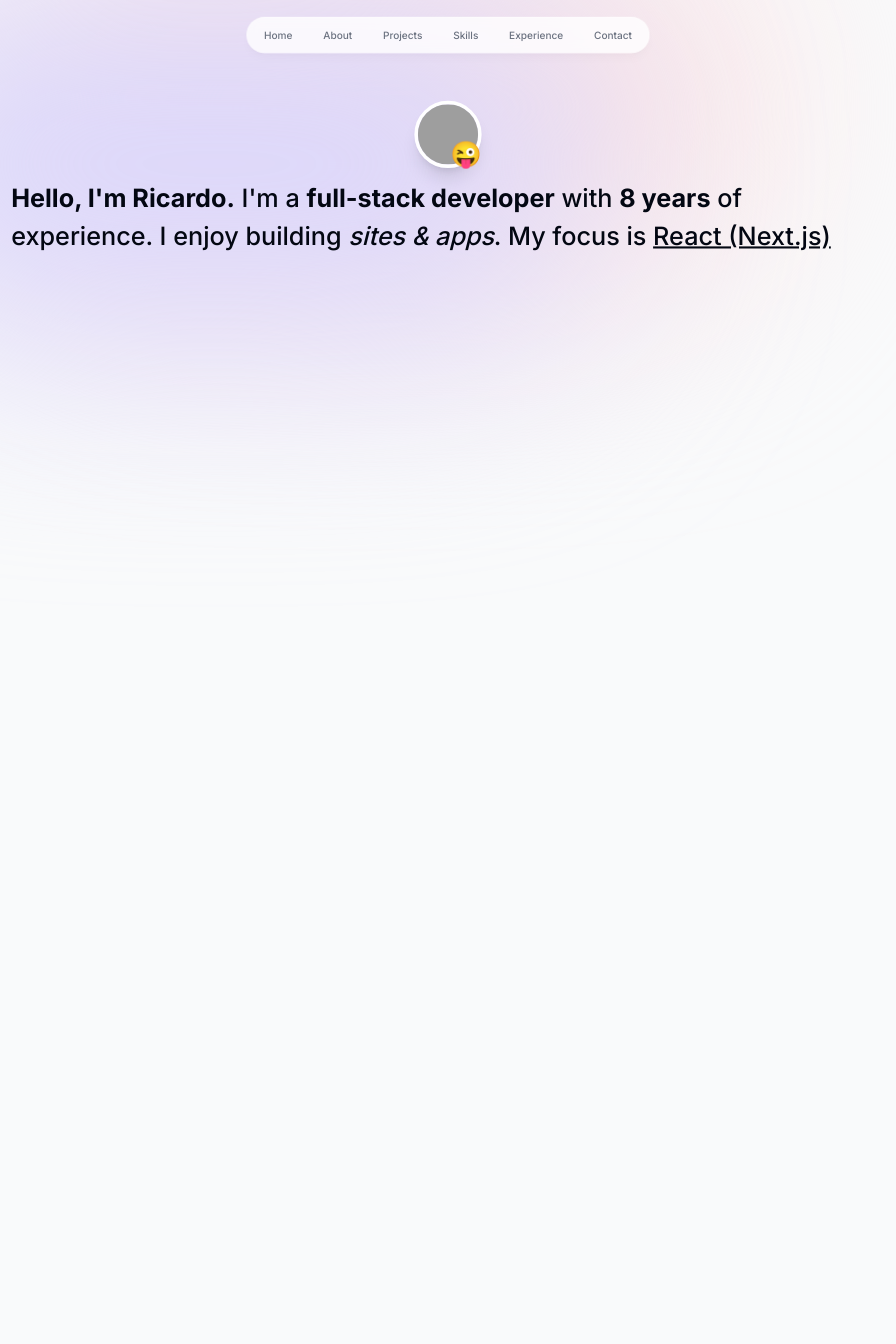
Repository: YUKIKAZE-nanoda/personal-protfolio
Page: /
These files come from the project's save history. The page is drawn as it stood at one moment and after a run of saves; the edit follows.
The browser window is 1280 px wide. The pictures show the part of the page from y = 0 to 1920 px (the page is 5000 px tall), at 70% of full size.
Pictures or frames that could not be fetched are drawn as grey boxes. The project was rebuilt for these pictures with package versions that can differ from the ones it lists, and the page was loaded fresh each time. The framework's server and built-in components were replaced by stand-ins that run in the browser. Also part of the build but not shown: next.config.js.

Above is the page before, as saved 2023-09-19 15:45:28.

### app/layout.tsx
import './globals.css'
import type { Metadata } from 'next'
import { Inter } from 'next/font/google'
import Header from '@/components/header'

const inter = Inter({ subsets: ['latin'] })

export const metadata: Metadata = {
  title: 'shigure|个人简历',
  description: '练习ts和nsxtjs',
}

export default function RootLayout({
  children,
}: {
  children: React.ReactNode
}) {
  return (
    <html lang="en">
      <body className={`${inter.className} bg-gray-50 text-gray-950 relative h-[5000px] pt-28 sm:pt-36`}>
        <div className="bg-[#fbe2e3] absolute top-[-6rem] -z-10 right-[11rem] h-[31.25rem] w-[31.25rem] rounded-full blur-[10rem] sm:w-[68.65rem]"></div>
        <div className="bg-[#dbd7fb] absolute top-[-1rem] -z-10 left-[-35rem] h-[31.25rem] w-[50rem] rounded-full blur-[10rem] sm:w-[68.65rem] md:left-[-33rem] lg:left-[-28rem] xl:left-[-15rem] 2xl:left-[-5rem]">

        </div>
        <Header/>

        {children}</body>
    </html>
  )
}

### app/page.tsx
import Intro from '@/components/intro'
import Image from 'next/image'

export default function Home() {
  return (
    <main className="">
      <Intro/>
    </main>
  )
}

### components/header.tsx
'use client'
import React from 'react'
import { motion } from "framer-motion"
import { links } from '@/lib/data'
import Link from 'next/link'
export default function Header() {
    return (
        <header className='z-[999] relative'>
            <motion.div className='fixed top-0 left-1/2  h-[4.5rem] w-full rounded-none
            border border-white border-opacity-40 bg-white  bg-opacity-80 shadow-lg
             shadow-black/[0.03] backdrop-blur-[0.5rem] sm:top-6 sm:h-[3.25rem] sm:w-[36rem] sm:rounded-full'
                initial={{ y: -100, x: "-50%", opacity: 0 }}
                animate={{ y: 0, x: "-50%", opacity: 1 }}
            >

            </motion.div>
            <nav className='flex fixed top-[0.15rem] left-1/2 h-12 -translate-x-1/2 py-2 sm:top-[1.7rem] sm:h-[initial] sm:py-0'>
                <ul className='flex w-[22rem] flex-wrap items-center justify-center  gap-y-1 text-[0.9rem] font-medium  text-gray-500 sm:w-[initial] sm:flex-nowrap sm:gap-5'>
                    {links.map(link => (
                        <motion.li key={link.hash} initial={{ y: -100, opacity: 0 }} animate={{ y: 0, opacity: 1 }} className='h-3/4 flex items-center justify-center ' >
                            <Link className="flex w-full items-center  justify-center px-3 py-3 hover:text-gray-950 transtion" href={link.hash}>
                                {link.name}
                            </Link>
                        </motion.li>
                    ))}
                </ul>
            </nav>
        </header>
    )
}

### components/intro.tsx
'use client'
import { motion } from 'framer-motion'
import Image from 'next/image'
import React from 'react'

export default function Intro() {
  return (
    <section className=' mb-28 max-w'>
      <div className='flex items-center justify-center'>
        <div className='relative'>
          <motion.div initial={{ opacity: 0, scale: 0 }}
            animate={{ opacity: 1, scale: 1 }}
            transition={{ type: "tween", duration: 0.25 }}>
            <Image src="https://unsplash.com/photos/a-plate-of-peanut-butter-and-banana-slices-Mt7cBpvCpF4"
              alt='shigure'
              width="192"
              height="192"
              quality="95"
              priority={true}
              className='h-24 w-24 rounded-full object-cover border-[0.35rem] border-white shadow-xl'
            />
          </motion.div>

          <motion.span className='absolute text-4xl bottom-0 right-0'
            initial={{ opacity: 0, scale: 0 }}
            animate={{ opacity: 1, scale: 1 }}
            transition={{
              type: 'spring',
              stiffness: 125,
              delay: 0.1,
              duration: 0.7
            }}
          >
            😜
          </motion.span>
        </div>
      </div>
      <p className='mb-10 mt-4 px-4 text-2xl font-medium !leading-[1.5] sm:text-4xl '>
        <span className="font-bold">Hello, I'm Ricardo.</span> I'm a{" "}
        <span className="font-bold">full-stack developer</span> with{" "}
        <span className="font-bold">8 years</span> of experience. I enjoy
        building <span className="italic">sites & apps</span>. My focus is{" "}
        <span className="underline">React (Next.js)</span>
      </p>
    </section>
  )
}

Loaded but not shown: app/globals.css (common file); lib/data.ts (common file); tailwind.config.ts (common file)

After the next 5 saves:
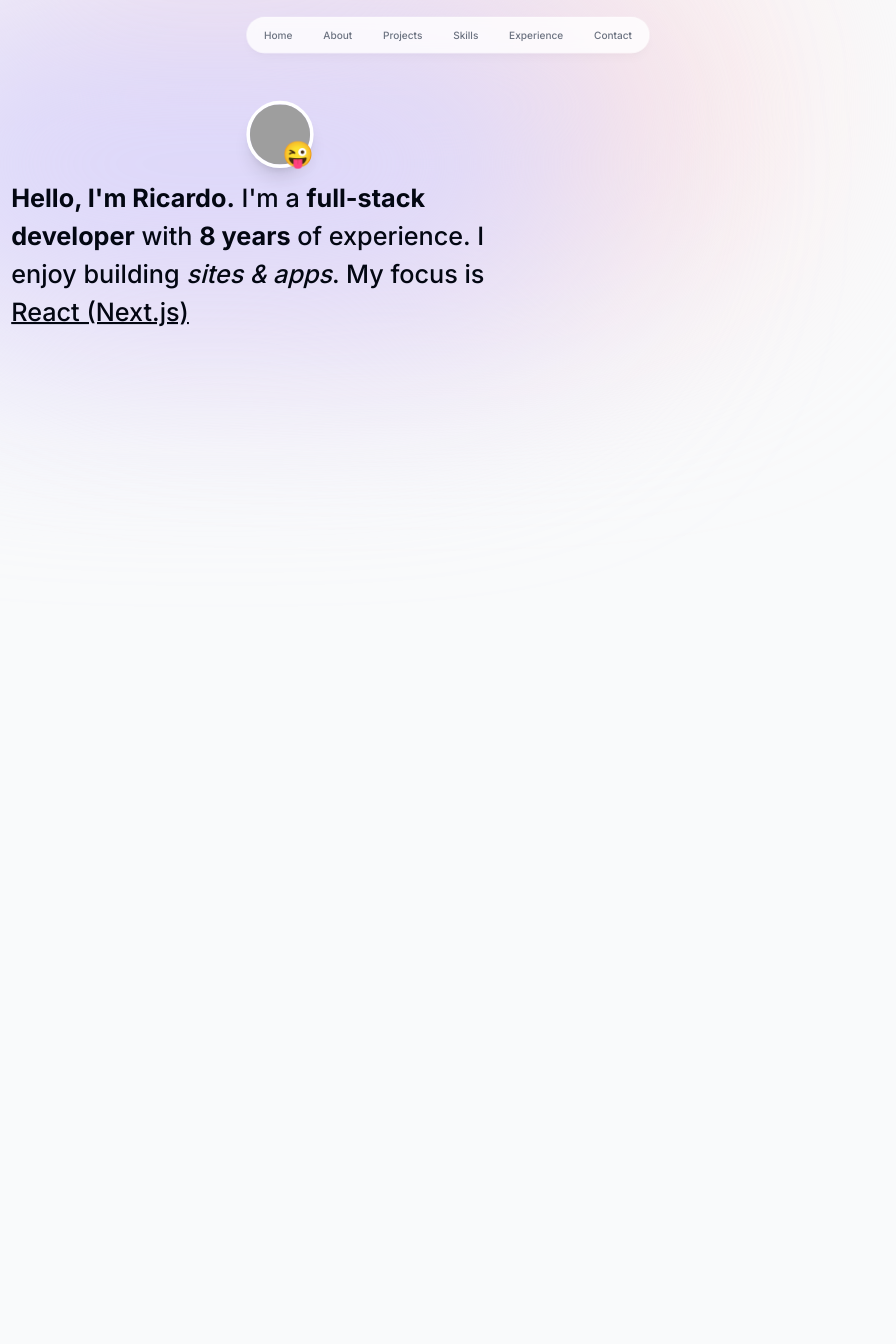
The 5 saves are shown as one change because they came seconds apart.
The last was saved 12 s later.
--- a/components/intro.tsx
+++ b/components/intro.tsx
@@ -5,7 +5,7 @@ import React from 'react'
 
 export default function Intro() {
   return (
-    <section className=' mb-28 max-w'>
+    <section className=' mb-28 max-w-[50rem] text'>
       <div className='flex items-center justify-center'>
         <div className='relative'>
           <motion.div initial={{ opacity: 0, scale: 0 }}
